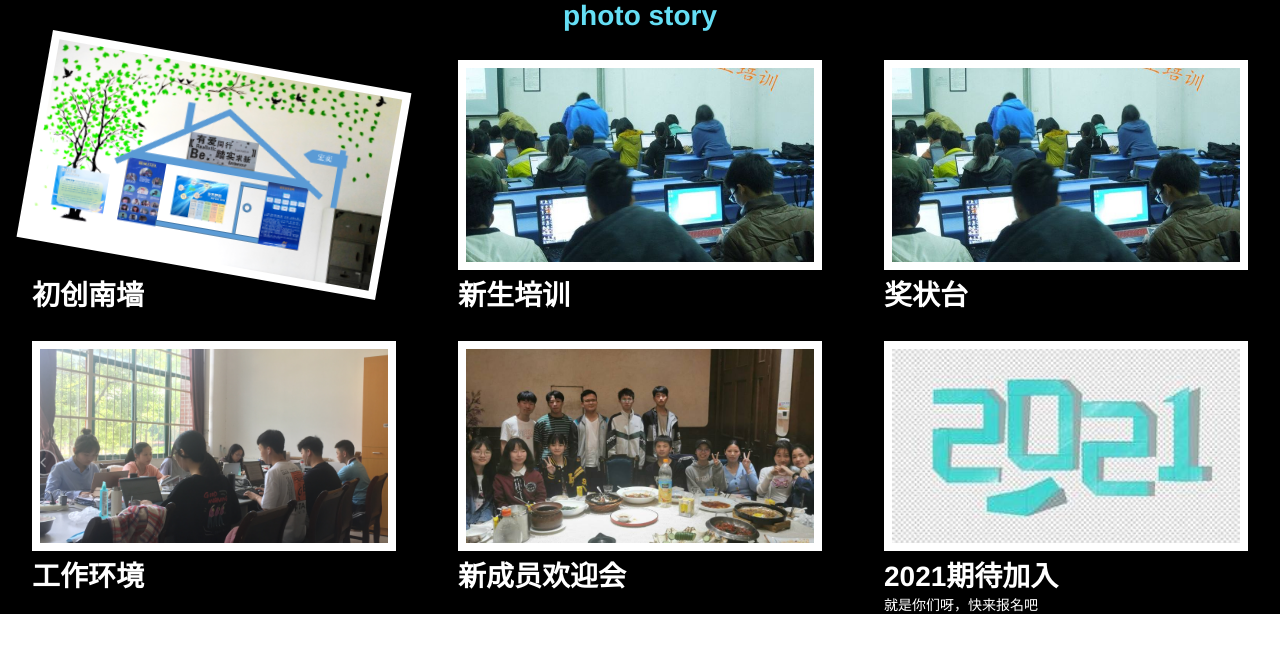
Repository: Homyit20/website
Page: /#/photo
The author's editor kept a copy of each file at every save. The page is drawn from the files as they stood at one save, then again after the next save.
The browser window is 1280 px wide. The pictures show the whole page.
The project was rebuilt for these pictures with package versions that can differ from the ones it lists, and the page was loaded fresh each time. Also part of the build but not shown: vue.config.js.

Above is the page before, as saved 2021-08-10 15:06:44.

After the next save:
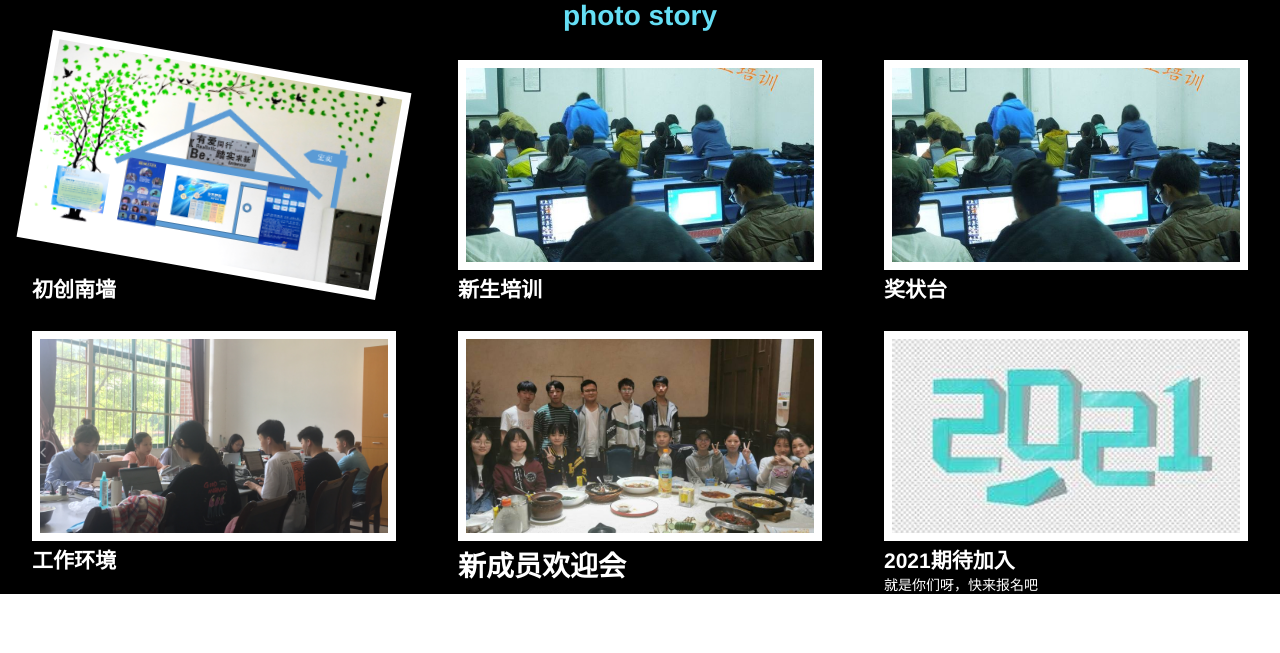
Saved 37 s later.
--- a/src/views/photo.vue
+++ b/src/views/photo.vue
@@ -4,20 +4,20 @@
     <div class="photo-content">
       <div class="photo-content-img">
         <img src="../assets/techlogin/images/南墙.png" class="photo-animate-one our-photo" @click="changephoto(0)">
-        <h1>初创南墙</h1>
+        <h2>初创南墙</h2>
         <p></p>
       </div>
       <div class="photo-content-img">
         <img src="../assets/techlogin/images/新生培训.jpg" class="our-photo" @click="changephoto(1)">
-        <h1>新生培训</h1>
+        <h2>新生培训</h2>
       </div>
       <div class="photo-content-img">
         <img src="../assets/techlogin/images/新生培训.jpg" class="our-photo" @click="changephoto(2)">
-        <h1>奖状台</h1>
+        <h2>奖状台</h2>
       </div>
       <div class="photo-content-img">
         <img src="../assets/techlogin/images/工作环境.png" class="our-photo" @click="changephoto(3)">
-        <h1>工作环境</h1>
+        <h2>工作环境</h2>
       </div>
       <div class="photo-content-img">
         <img src="../assets/techlogin/images/2020.jpg" class="our-photo" @click="changephoto(4)">
@@ -25,7 +25,7 @@
       </div>
       <div class="photo-content-img">
         <img src="../assets/techlogin/images/2021.jpg" class="our-photo" @click="changephoto(5)">
-        <h1>2021期待加入</h1>
+        <h2>2021期待加入</h2>
         <p>就是你们呀，快来报名吧</p>
       </div>
     </div>
